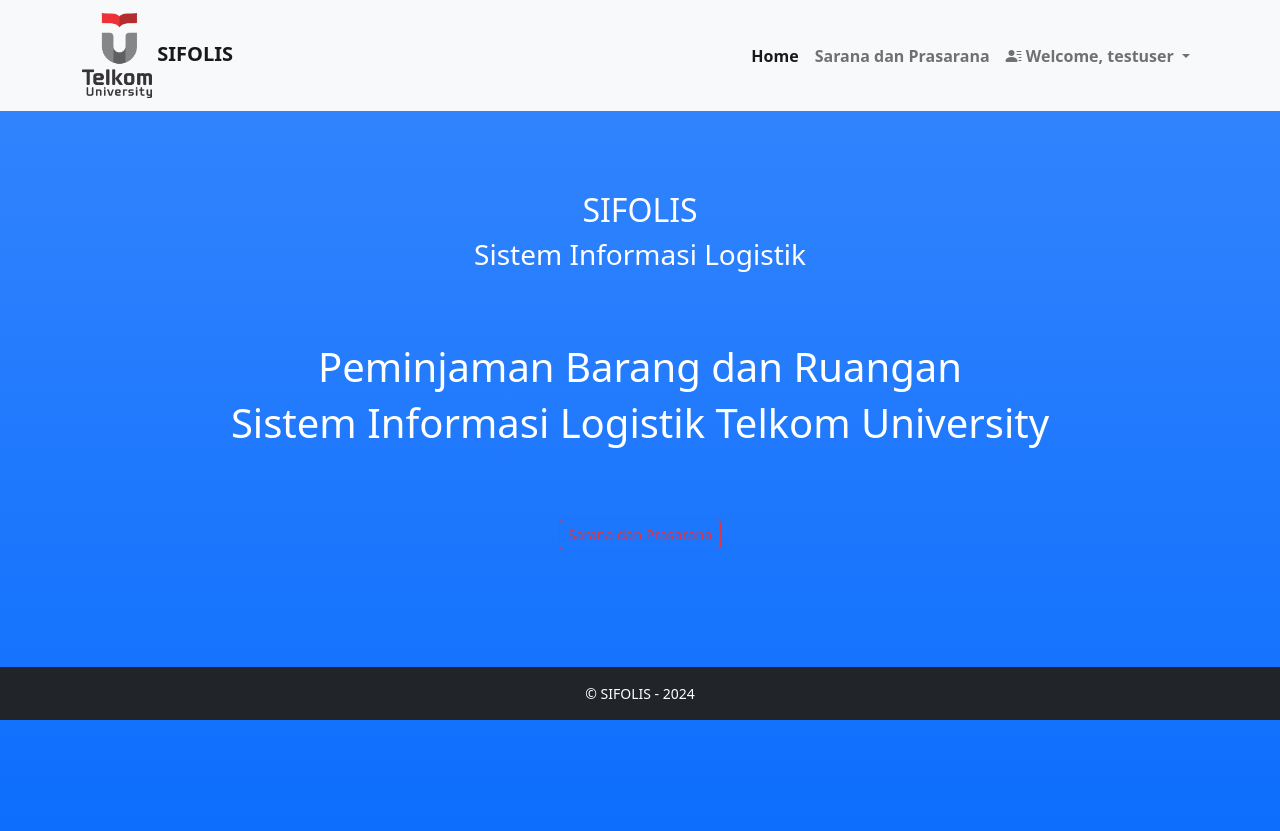
Repository: Audi87/uas_framework
Page: http://localhost/
These files come from the project's save history. The page is drawn as it stood at one moment and after the next save; the edit follows.
The browser window is 1280 px wide. The pictures show the whole page.
Some web libraries are served in a nearby version. The page is served by the project's Laravel application, run on PHP 8.4 with Laravel 10. A made-up administrator, Test User (test@example.com), is signed in. Other server files are loaded and not shown.

Above is the page before, as saved 2024-06-13 20:34:34.

### routes/web.php
<?php

use App\Http\Controllers\{
    BarangController, ContactController, CustumerController, DataPeminjamanController, HistoryController,
    Home, LoginController, PeminjamanController, ProfilController, RegistrasiController,
    SaranaDanPrasaranaController, AdminController
};
use Illuminate\Support\Facades\Route;


Route::get('/', [Home::class, 'index'])->middleware('auth');

Route::get('/login', [LoginController::class, 'index'])->name('login')->middleware('guest');
Route::post('/login', [LoginController::class, 'login']);
Route::post('/logout', [LoginController::class, 'logout']);

Route::get('/registrasi', [RegistrasiController::class, 'index'])->middleware('guest');
Route::post('/registrasi', [RegistrasiController::class, 'registrasi']);

Route::get('/dashboard', function() {
    return view('dashboard.index', ['title' => 'Dashboard Admin']);
})->middleware('admin');

Route::get('/profil/{user:id}', [ProfilController::class, 'index'])->middleware('auth');

Route::get('/sarana dan prasarana', [SaranaDanPrasaranaController::class, 'index'])->middleware('auth');
Route::resource('/sarana-prasarana', BarangController::class)->middleware('admin');

Route::get('/peminjaman/{barang:id}', [PeminjamanController::class, 'index'])->middleware('auth');
Route::post('/peminjaman/{barang:id}', [PeminjamanController::class, 'peminjaman'])->middleware('auth');

Route::get('/history/{user:id}', [HistoryController::class, 'index'])->middleware('auth');

Route::get('/kembalikan/{id}', [PeminjamanController::class, 'kembalikan'])->middleware('auth');
Route::get('/detail-peminjaman/{id}', [PeminjamanController::class, 'detailPeminjaman'])->middleware('auth');

Route::get('/category/{id}', [SaranaDanPrasaranaController::class, 'category'])->middleware('auth');

Route::get('/custumer', [CustumerController::class, 'index'])->middleware('admin');
Route::get('/custumer/{user:id}', [CustumerController::class, 'detail'])->middleware('admin');

Route::get('/data-peminjaman', [DataPeminjamanController::class, 'index'])->middleware('admin');
Route::get('/data-peminjaman/{id}', [DataPeminjamanController::class, 'detail'])->middleware('admin');

Route::get('/contact', [ContactController::class, 'index'])->middleware('auth');

### app/Models/User.php
<?php

namespace App\Models;

// use Illuminate\Contracts\Auth\MustVerifyEmail;
use Illuminate\Database\Eloquent\Factories\HasFactory;
use Illuminate\Foundation\Auth\User as Authenticatable;
use Illuminate\Notifications\Notifiable;
use Laravel\Sanctum\HasApiTokens;

class User extends Authenticatable
{
    use HasApiTokens, HasFactory, Notifiable;

    /**
     * The attributes that are mass assignable.
     *
     * @var array<int, string>
     */
    // protected $fillable = [
    //     'name',
    //     'email',
    //     'password',
    // ];

    /**
     * The attributes that should be hidden for serialization.
     *
     * @var array<int, string>
     */
    protected $hidden = [
        'password',
        'remember_token',
    ];

    /**
     * The attributes that should be cast.
     *
     * @var array<string, string>
     */
    protected $casts = [
        'email_verified_at' => 'datetime',
    ];

    protected $guarded = ['id'];

    public function peminjaman(){
        return $this->belongsTo(Peminjaman::class);
    }
}

### app/Http/Controllers/Home.php
<?php

namespace App\Http\Controllers;

use Illuminate\Http\Request;

class Home extends Controller
{
    //function untuk menampilkan view home
    public function index(){
        return view('index', [
            'title' => 'Home'
        ]);
    }
}

### resources/views/index.blade.php
<!doctype html>
<html lang="en">

<head>
    <meta charset="utf-8">
    <meta name="viewport" content="width=device-width, initial-scale=1">
    <title>{{ $title }}</title>

    <link href="https://cdn.jsdelivr.net/npm/bootstrap@5.2.0/dist/css/bootstrap.min.css" rel="stylesheet"
        integrity="sha384-gH2yIJqKdNHPEq0n4Mqa/HGKIhSkIHeL5AyhkYV8i59U5AR6csBvApHHNl/vI1Bx" crossorigin="anonymous">

    {{-- Styel Css Home --}}
    <link rel="stylesheet" href="/css/style.css">

    {{-- Link Icons Bootstrap --}}
    <link rel="stylesheet" href="https://cdn.jsdelivr.net/npm/bootstrap-icons@1.9.1/font/bootstrap-icons.css">

    {{-- Link Animtion Aos --}}
    <link rel="stylesheet" href="https://unpkg.com/aos@next/dist/aos.css" />

</head>

<body>

    @include('navbar.navbar')

    <div class="container-fluid bg-primary bg-gradient" id="container-fluid">
        <div class="container1">

            <div class="row py-3 text-center">
                <div class="col-lg-4 offset-lg-4 col-md-6 offset-md-3 col-sm-8 offset-sm-2 col-12 mt-3">
                    @if (session()->has('success'))
                        {{-- Alert --}}
                        <div class="alert alert-success" role="alert">
                            <strong>{{ session('success') }}</strong>
                        </div>
                        {{-- End alert --}}
                    @endif
                </div>
            </div>

            <div class="row py-3 text-center text-white">
                <div class="col-lg-12 mt-3">
                    <h2>SIFOLIS</h2>
                    <h3>Sistem Informasi Logistik</h3>
                </div>
            </div>



            <div class="row text-white text-center d-flex justify-content-center mt-5">
                <div class="col-lg-8">
                    <h1>Peminjaman Barang dan Ruangan<h1>
                            <n>Sistem Informasi Logistik Telkom University
                        </h1>
                        </n>
                </div>
            </div>

            <div class="row py-3 text-center mt-5" data-aos="flip-left" data-aos-duration="2000">
                <div class="col-lg-12">
                    <a href="sarana dan prasarana" class="btn btn-outline-danger btn-sm">Sarana dan Prasarana</a>
                </div>
            </div><br><br><br><br><br><br>

        </div>
    </div>

    @include('footer.footer')

    <script src="https://cdn.jsdelivr.net/npm/bootstrap@5.2.0/dist/js/bootstrap.bundle.min.js"
        integrity="sha384-A3rJD856KowSb7dwlZdYEkO39Gagi7vIsF0jrRAoQmDKKtQBHUuLZ9AsSv4jD4Xa" crossorigin="anonymous">
    </script>

    {{-- Link Jquery --}}
    <script src="js/jquery.js"></script>

    {{-- Link Script Js --}}
    <script src="js/script.js"></script>

    <script src="https://unpkg.com/aos@next/dist/aos.js"></script>
    <script>
        AOS.init();
    </script>

</body>

</html>

### resources/views/navbar/navbar.blade.php
{{-- Navbar --}}
<nav class="navbar navbar-expand-lg bg-light navbar-light">
    <div class="container">
        <a class="navbar-brand" href="/"><img src="img/logo.png" width="70" alt="" data-aos="flip-left"
                data-aos-duration="2000"> SIFOLIS </a>
        <button class="navbar-toggler" type="button" data-bs-toggle="collapse" data-bs-target="#navbarNav"
            aria-controls="navbarNav" aria-expanded="false" aria-label="Toggle navigation">
            <span class="navbar-toggler-icon"></span>
        </button>
        <div class="collapse navbar-collapse" id="navbarNav">
            <ul class="navbar-nav ms-auto">
                <li class="nav-item">
                    <a class="nav-link {{ Request::is('/') ? 'active' : '' }}" aria-current="page"
                        href="/">Home</a>
                </li>
                <li class="nav-item">
                    <a class="nav-link {{ Request::is('sarana dan prasarana') ? 'active' : '' }}" aria-current="page"
                        href="/sarana dan prasarana">Sarana dan Prasarana</a>
                </li>

                @auth
                    <li class="nav-item dropdown">
                        <a class="nav-link dropdown-toggle" href="#" role="button" data-bs-toggle="dropdown"
                            aria-expanded="false">
                            <i class="bi bi-person-lines-fill"></i> Welcome, {{ auth()->user()->username }}
                        </a>
                        <ul class="dropdown-menu">
                            @can('admin')
                                <li><a class="dropdown-item" href="/dashboard">Dashboard Admin</a></li>
                            @endcan
                            <li><a class="dropdown-item" href="/history/{{ auth()->user()->id }}">Peminjaman</a></li>
                            <li><a class="dropdown-item" href="/contact">Contact Us</a></li>
                            <li><a class="dropdown-item" href="/profil/{{ auth()->user()->id }}"><i
                                        class="bi bi-person-lines-fill"></i> My Profil</a></li>
                            <li>
                                <hr class="dropdown-divider">
                            </li>
                            {{-- Form Logout --}}
                            <form action="/logout" method="post">
                                @csrf
                                <button type="submit" class="dropdown-item"
                                    onclick="return confirm('sure want to go out?')"><i class="bi bi-box-arrow-in-left"></i>
                                    Logout</button>
                            </form>
                            {{-- End From --}}
                        </ul>
                    </li>
                @else
                    <li class="nav-item">
                        <a class="nav-link {{ Request::is('login') ? 'active' : '' }}" href="/login"><i
                                class="bi bi-box-arrow-in-right"></i> Login</a>
                    </li>
                @endauth

            </ul>
        </div>
    </div>
</nav>
{{-- End Navbar --}}

### resources/views/footer/footer.blade.php
<div class="container">
    <!-- Konten Halaman di sini -->
</div>
<div class="fixed-bottom">
<footer class="container-fluid bg-dark text-white text-center">
    <div class="container1">
        <div class="row">
            <div class="col-lg-12">
                <small><p class="mt-3">&copy; SIFOLIS - 2024</p></small>
            </div>
        </div>
    </div>
    </div>
</footer>

### public/css/style.css
html, body {
    height: 100%;
    margin: 0;
    background-image: url('/img/sekolah.jpg');
    background-size: cover;
    background-position: center;
    background-repeat: no-repeat;
}

.container-fluid {

    min-height: 100%; /* Pastikan kontainer memiliki tinggi minimal 100% dari tinggi viewport */
}

nav ul li {
    font-weight: bold;
}

nav a {
    font-weight: bold;
}

nav ul li:hover {
    background-color: orangered;
    opacity: 0.8;
    border-radius: 17px;

}

nav {
    position: absolute;
    z-index: 1000;
}

.container {
    display: flex;
    justify-content: flex-end;
    margin-left: auto;
}

.icon-container {
    display: flex;
    gap: 10px; /* Optional: Adds space between the images */
    align-items: center; /* Optional: Aligns images vertically if they are of different sizes */
}

.full-height {
    min-height: 100vh; /* 100% dari tinggi viewport */
}

### public/js/script.js
$(document).ready(function(){


    window.setTimeout(function(){
        $('.alert').fadeTo(300, 0).slideUp(300, function(){
            $(this).remove();
        });
    }, 4000);

    // Js Show password
    $('#flexCheckDefault').click(function(){
        if($(this).is(':checked')){
            $('#password').attr('type', 'text')
        }else{
            $('#password').attr('type', 'password')
        }
    });

});

Loaded but not shown: app/Http/Controllers/Controller.php (common file); public/js/jquery.js (library)

After the next save:
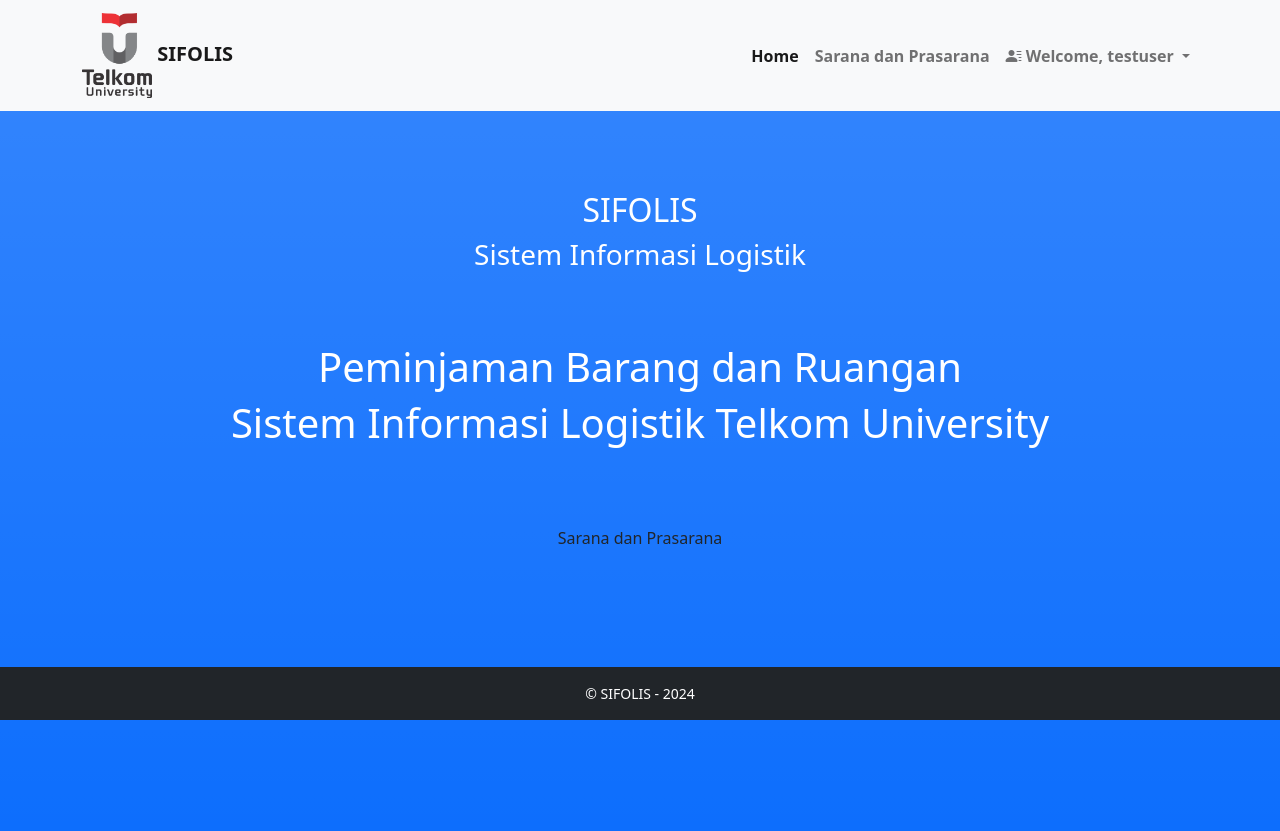
Saved 17 s later.
--- a/resources/views/index.blade.php
+++ b/resources/views/index.blade.php
@@ -59,7 +59,7 @@
 
             <div class="row py-3 text-center mt-5" data-aos="flip-left" data-aos-duration="2000">
                 <div class="col-lg-12">
-                    <a href="sarana dan prasarana" class="btn btn-outline-danger btn-sm">Sarana dan Prasarana</a>
+                    <a href="sarana dan prasarana" class="btn ">Sarana dan Prasarana</a>
                 </div>
             </div><br><br><br><br><br><br>
 

After the save that followed:
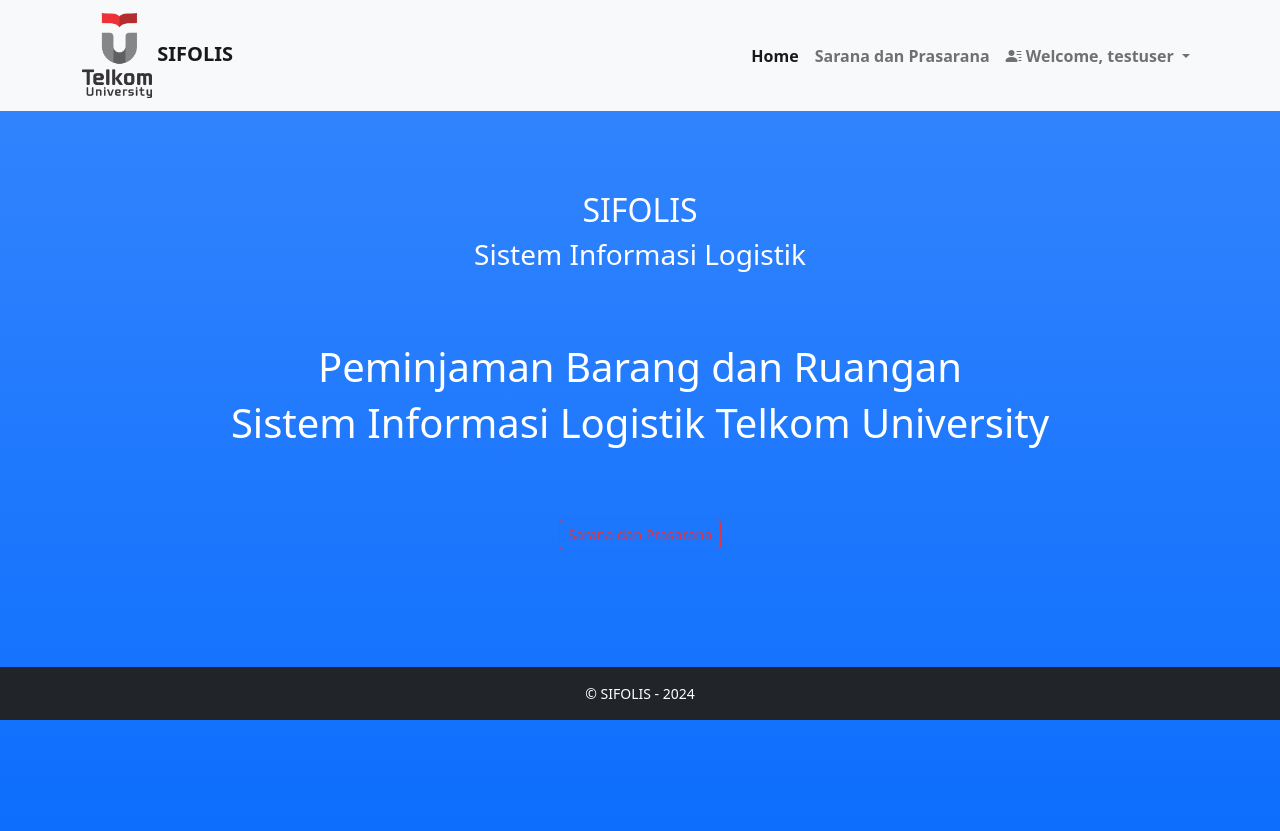
Saved 11 s later.
--- a/resources/views/index.blade.php
+++ b/resources/views/index.blade.php
@@ -59,7 +59,7 @@
 
             <div class="row py-3 text-center mt-5" data-aos="flip-left" data-aos-duration="2000">
                 <div class="col-lg-12">
-                    <a href="sarana dan prasarana" class="btn ">Sarana dan Prasarana</a>
+                    <a href="sarana dan prasarana" class="btn btn-outline-danger btn-sm">Sarana dan Prasarana</a>
                 </div>
             </div><br><br><br><br><br><br>
 
